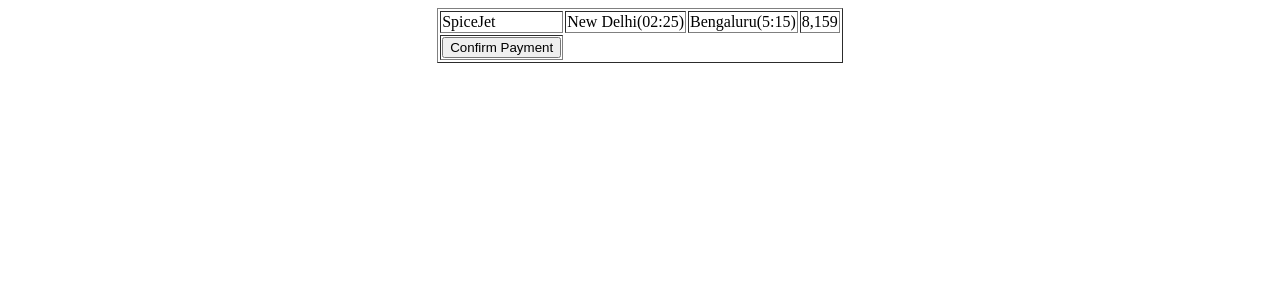
Repository: KanimozhiThandapani/Phase2AirlineBookingProject
Page: http://localhost/AirlineBooking/paymentPage.jsp
These files come from the project's save history. The page is drawn as it stood at one moment and after the next save; the edit follows.
The browser window is 1280 px wide. The pictures show the whole page.
The page is served by Tomcat 9. Other server files are loaded and not shown.

Above is the page before, as saved 2022-04-21 15:21:49.

### AirlineBooking/WebContent/paymentPage.jsp
<%@ page language="java" contentType="text/html; charset=ISO-8859-1"
    pageEncoding="ISO-8859-1"%>
<!DOCTYPE html>
<html>
<head>
<meta charset="ISO-8859-1">
<title>Successfull Payment!!Your Booking is confirmed!</title>
</head>
<body>

<div align="center">


   <table align="center" border="1">
   <tr>
					<td>SpiceJet</td>
					<td>New Delhi(02:25)</td>
					<td>Bengaluru(5:15)</td>
					<td>8,159</td>
				</tr>

				<tr>
					<td align="center"><input type="submit" value="Confirm Payment"></td>
				</tr>
   </table>

   </div>

</body>
</html>

After the next save:
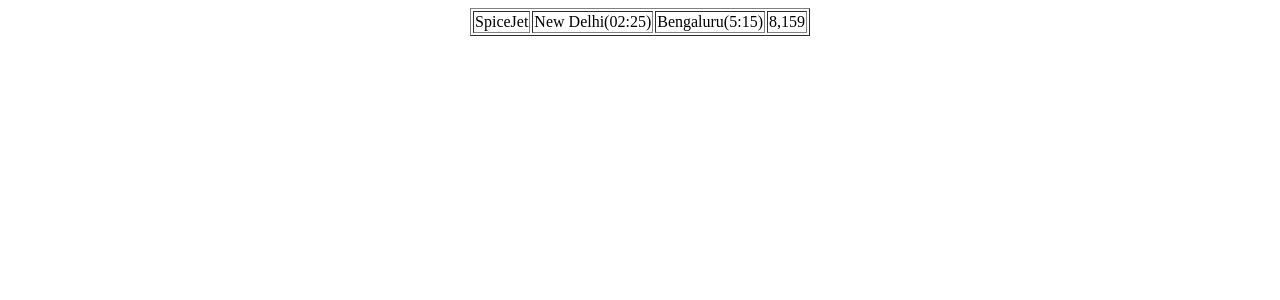
Saved 102 s later.
--- a/AirlineBooking/WebContent/paymentPage.jsp
+++ b/AirlineBooking/WebContent/paymentPage.jsp
@@ -19,9 +19,7 @@
 					<td>8,159</td>
 				</tr>
 
-				<tr>
-					<td align="center"><input type="submit" value="Confirm Payment"></td>
-				</tr>
+
    </table>
 
    </div>
